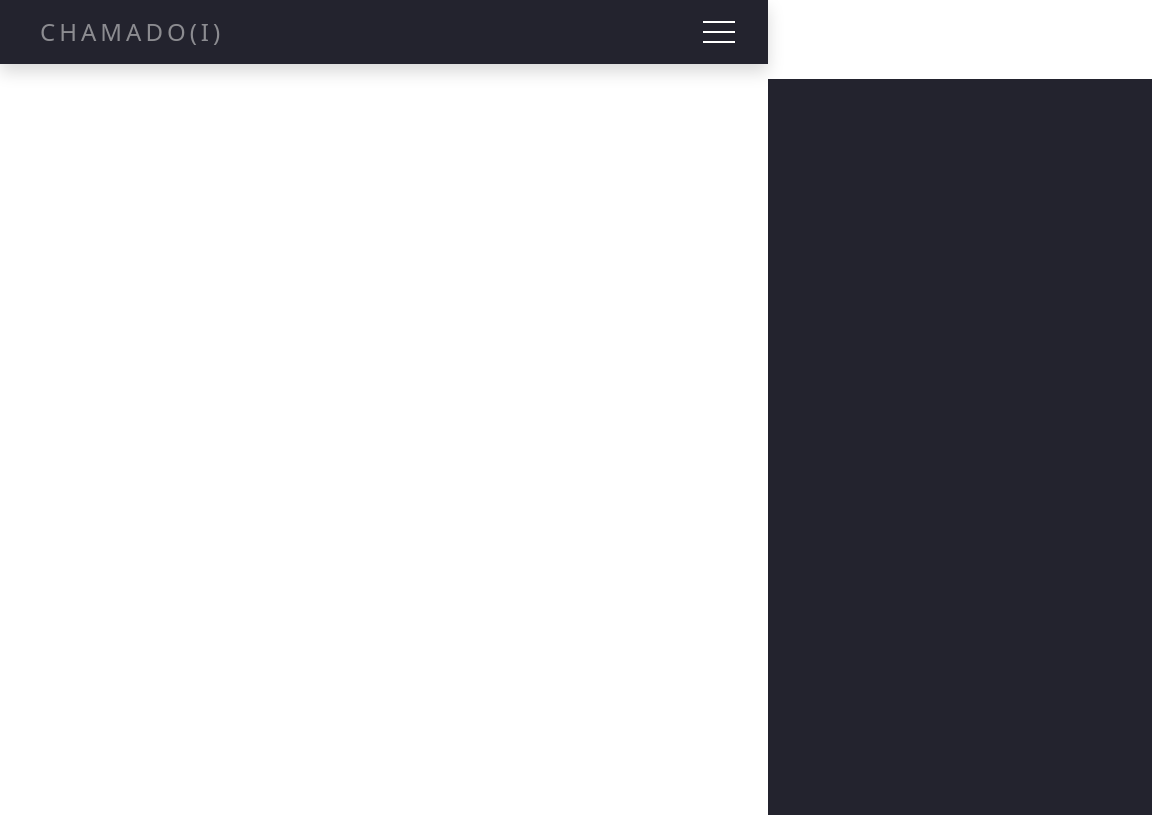
Repository: isaquemc2001/isaque-utilities
Page: index.html
The author's editor kept a copy of each file at every save. The page is drawn from the files as they stood at one save, then again after the next save.
The browser window is 768 px wide. The page is 1152 px wide, so the pictures cover 1152 px, including what lies to the right of the window. The pictures show the whole page.

Above is the page before, as saved 2021-10-28 12:00:50.

### index.html
<!DOCTYPE html>
<html lang="pt-br">

<head>
    <meta charset="UTF-8">
    <meta http-equiv="X-UA-Compatible" content="IE=edge">
    <meta name="viewport" content="width=device-width, initial-scale=1.0">
    <title>Chamado</title>
    <script src="https://cdn.jsdelivr.net/npm/bootstrap@5.0.2/dist/js/bootstrap.bundle.min.js"
        integrity="sha384-MrcW6ZMFYlzcLA8Nl+NtUVF0sA7MsXsP1UyJoMp4YLEuNSfAP+JcXn/tWtIaxVXM"
        crossorigin="anonymous"></script>
    <link href="https://cdn.jsdelivr.net/npm/bootstrap@5.0.2/dist/css/bootstrap.min.css" rel="stylesheet"
        integrity="sha384-EVSTQN3/azprG1Anm3QDgpJLIm9Nao0Yz1ztcQTwFspd3yD65VohhpuuCOmLASjC" crossorigin="anonymous">
    <link rel="stylesheet" href="style.css">
</head>

<body>

    <header>
        <nav class="shadow">
            <a class="logo" href="#">Chamado(i)</a>
            <div class="mobile-menu">
                <div class="line1"></div>
                <div class="line2"></div>
                <div class="line3"></div>
            </div>
            <ul class="nav-list">
                <li><a href="#" class="mt-3 d-flex">Inicio</a></li>
                <li><a href="#" class="mt-3 d-flex">Cadastro</a></li>
                <li><a href="#" class="mt-3 d-flex">Sair</a></li>
            </ul>
        </nav>
    </header>



    <script src="mobile_navbar.js"></script>

</body>

</html>

### style.css
* {
    margin: 0;
    padding: 0;
}

a {
    color: #FFFFFF;
    text-decoration: none;
    transition: 0.3s;
}

a:hover {
    opacity: 0.6;
    color: #d3d3d3;
}

.logo {
    font-size: 24px;
    text-transform: uppercase;
    letter-spacing: 4px;
    padding: 40px;
}

nav {
    display: flex;
    justify-content: space-between;
    align-items: center;
    font-family: system-ui, -apple-system, Helvetica, Arial, sans-serif;
    background: #23232e;
    height: 8vh;
}

main {
    background: url("bg.jpg") no-repeat center center;
    background-size: cover;
    height: 92vh;
}

.nav-list {
    list-style: none;
    display: flex;
    padding: 40px;
    margin-top: 15px;
}

.nav-list li {
    letter-spacing: 3px;
    margin-left: 32px;
}

.mobile-menu {
    display: none;
    cursor: pointer;
}

.mobile-menu div {
    width: 32px;
    height: 2px;
    background: #fff;
    margin: 8px;
    transition: 0.3s;
}

@media (max-width: 999px) {
    body {
        overflow-x: hidden;
    }
    .nav-list {
        position: absolute;
        top: 8vh;
        right: 0;
        width: 50vw;
        height: 92vh;
        background: #23232e;
        flex-direction: column;
        align-items: center;
        transform: translate(100%);
        transition: transform 0.3s ease-in;
    }
    .nav-list li {
        margin-left: 0;
        opacity: 0;
        letter-spacing: 3px;
        margin-top: 32px;
    }
    .mobile-menu {
        display: block;
        padding: 25px;
    }
}

.nav-list.active {
    transform: translateX(0);
}

@keyframes navLinkFade {
    from {
        opacity: 0;
        transform: translateX(50px);
    }

    to {
        opacity: 1;
        transform: translateX(0);
    }
}

.mobile-menu.active .line1 {
    transform: rotate(-45deg) translate(-8px, 8px);
}

.mobile-menu.active .line2 {
    opacity: 0;
}

.mobile-menu.active .line3 {
    transform: rotate(45deg) translate(-6px, -6px);
}

### mobile_navbar.js
class MobileNavbar {
    constructor(mobileMenu, navList, navLinks) {
        this.mobileMenu = document.querySelector(mobileMenu);
        this.navList = document.querySelector(navList);
        this.navLinks = document.querySelectorAll(navLinks);
        this.activeClass = "active";

        this.handleClick = this.handleClick.bind(this);
    }

    animateLinks() {
        this.navLinks.forEach((link, index) => {
            link.style.animation
            ? (link.style.animation = "")
            : (link.style.animation = 'navLinkFade 0.5s ease forwards 0.3s');
        });
    }

    handleClick() {
        this.navList.classList.toggle(this.activeClass);
        this.mobileMenu.classList.toggle(this.activeClass);
        this.animateLinks();
    }

    addClickEvent() {
        this.mobileMenu.addEventListener("click", this.handleClick);
    }

    init() {
        if (this.mobileMenu) {
            this.addClickEvent();
        }
        return this;
    }
}

const mobileNavbar = new MobileNavbar(
    ".mobile-menu",
    ".nav-list",
    ".nav-list li",
);

mobileNavbar.init();

After the next save:
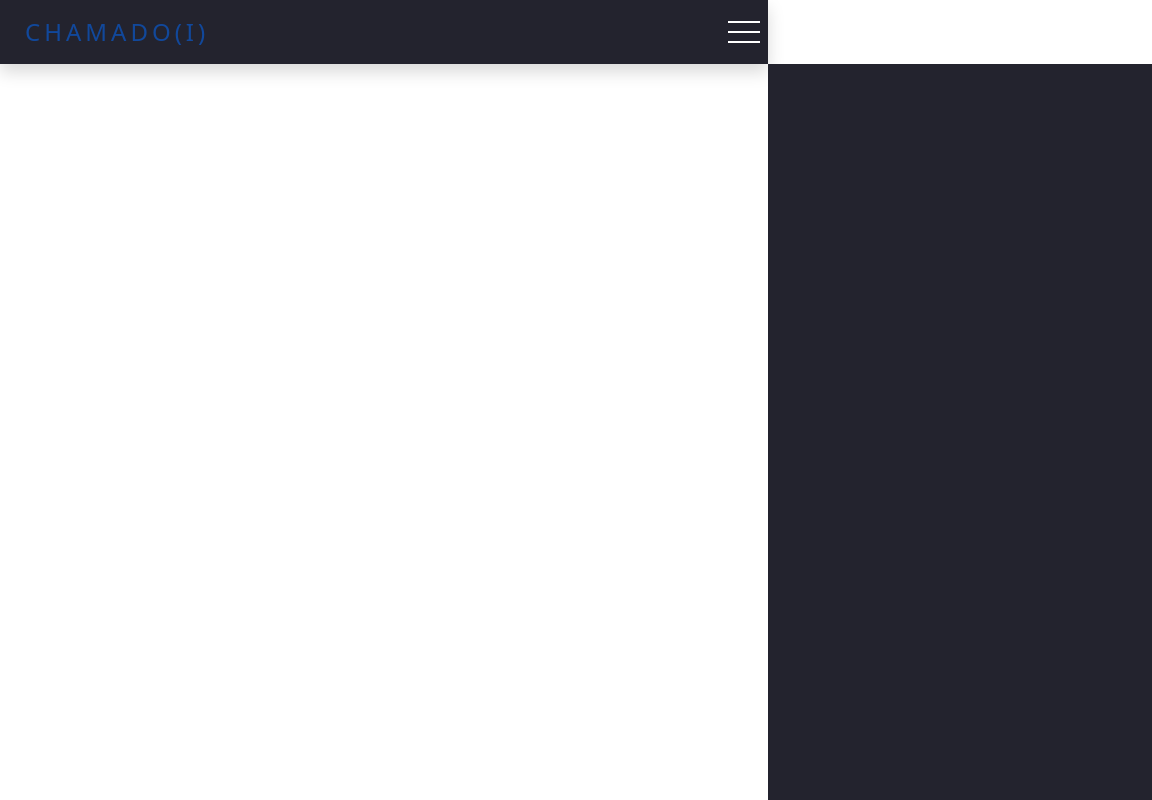
Saved 28 s later.
--- a/style.css
+++ b/style.css
@@ -10,15 +10,14 @@ a {
 }
 
 a:hover {
-    opacity: 0.6;
-    color: #d3d3d3;
+    opacity: 0.7;
 }
 
 .logo {
     font-size: 24px;
     text-transform: uppercase;
     letter-spacing: 4px;
-    padding: 40px;
+    padding: 25px;
 }
 
 nav {
@@ -39,8 +38,7 @@ main {
 .nav-list {
     list-style: none;
     display: flex;
-    padding: 40px;
-    margin-top: 15px;
+
 }
 
 .nav-list li {
@@ -85,7 +83,6 @@ main {
     }
     .mobile-menu {
         display: block;
-        padding: 25px;
     }
 }
 
